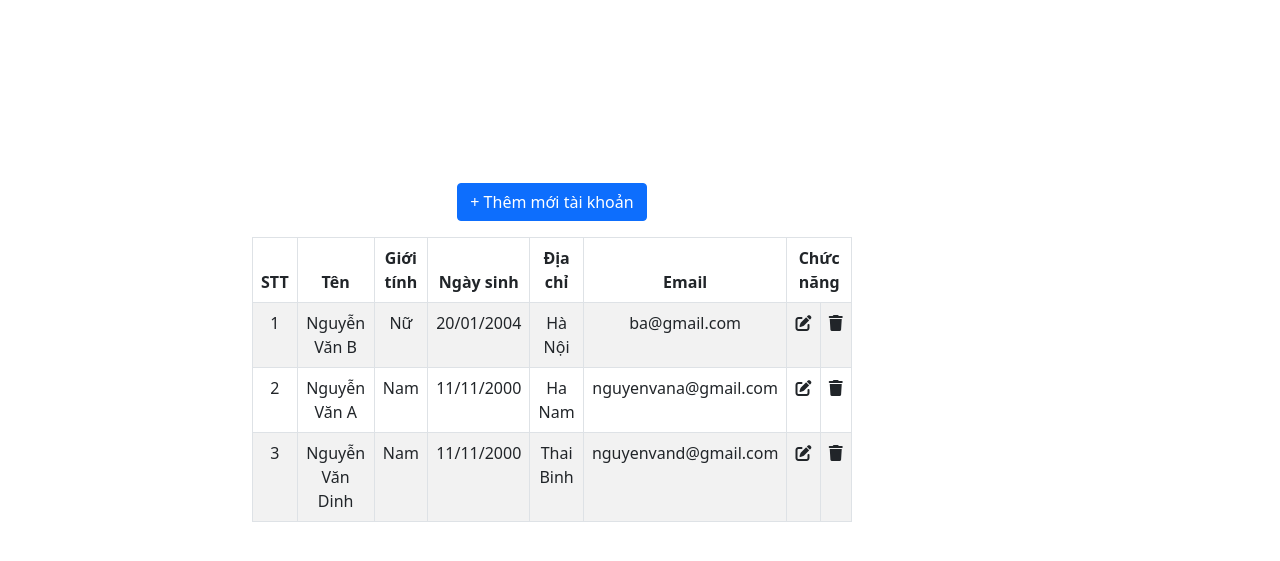
Repository: TinhTT336/MD02_Session12
Page: / (app in client/)
These files come from the project's save history. The page is drawn as it stood at one moment and after the next save; the edit follows.
The browser window is 1280 px wide. The pictures show the whole page.
The project was rebuilt for these pictures with package versions that can differ from the ones it lists, and the page was loaded fresh each time. Requests to the local data server were answered from the project's data file. Also part of the build but not shown: client/vite.config.js, client/src/components/admin/manager-product/product.css, client/src/components/admin/manager-product/FormAdd.jsx, client/src/components/admin/manager-product/FormEdit.jsx, client/src/pages/product/ListProduct.jsx, client/src/components/admin/manager-user/FormAddUser.jsx, client/src/components/admin/manager-user/FormEditUser.jsx.

Above is the page before, as saved 2023-09-12 09:23:19.

After the next save:
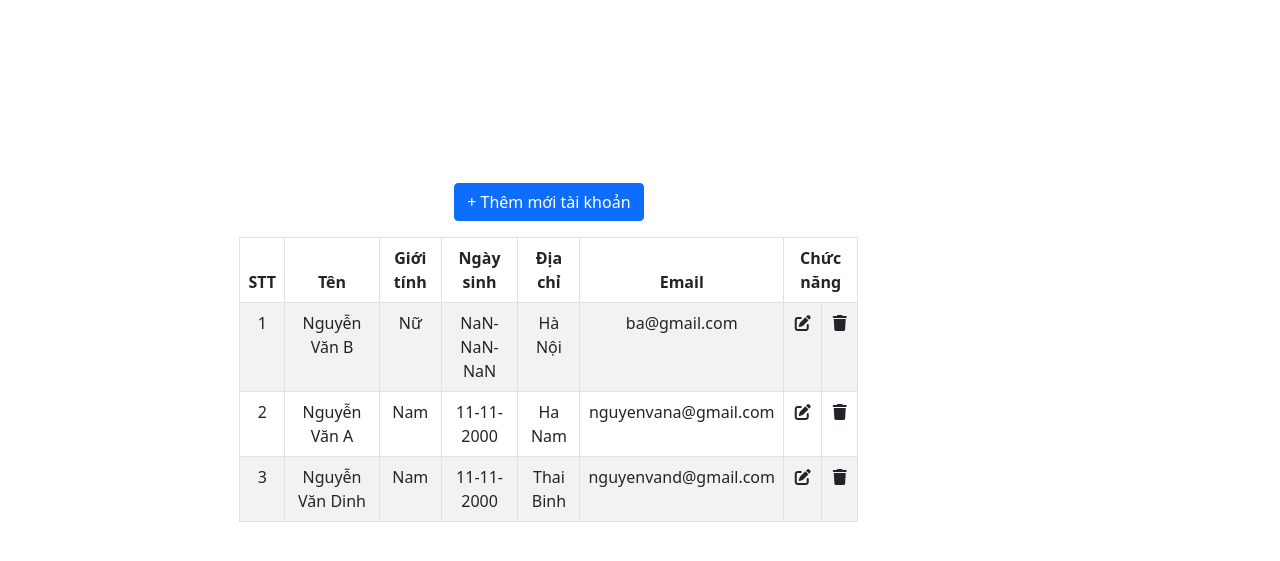
Saved 113 s later.
--- a/client/src/pages/admin/ListUser.jsx
+++ b/client/src/pages/admin/ListUser.jsx
@@ -3,6 +3,7 @@ import axios from 'axios';// khong co dau ngoac nhon
 import { notification } from 'antd';
 import FormAddUser from '../../components/admin/manager-user/FormAddUser';
 import FormEditUser from '../../components/admin/manager-user/FormEditUser';
+import { formatDate } from '../../utils/formatData';
 
 export default function ListUser() {
     const [users, setUsers] = useState([]);
@@ -83,7 +84,7 @@ export default function ListUser() {
                                 <td>{index + 1}</td>
                                 <td>{user.user_name}</td>
                                 <td>{user.gender === 0 ? "Nam" : (user.gender === 1 ? "Nữ" : "Khác")}</td>
-                                <td>{user.dateOfBirth}</td>
+                                <td>{formatDate(user.dateOfBirth)}</td>
                                 <td>{user.address}</td>
                                 <td>{user.email}</td>
                                 <td onClick={() => handleShowEdit(user.id)}><i className="fa-solid fa-pen-to-square "></i></td>
